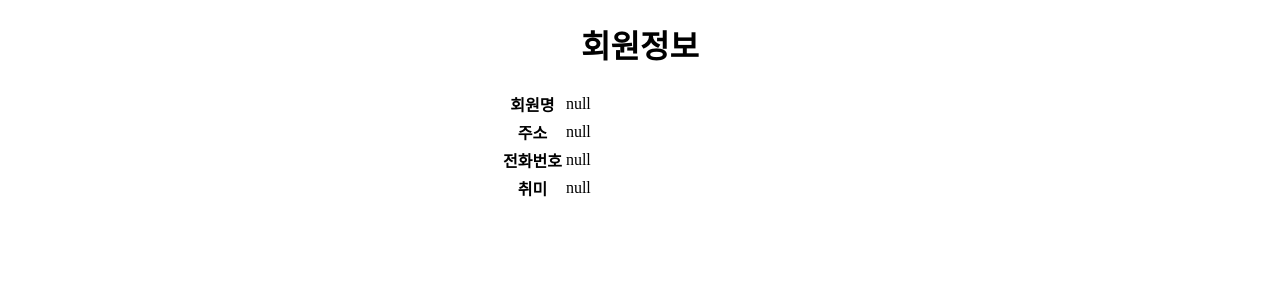
Repository: hyeri-seo/JSP
Page: http://localhost/Hello/memRegSuccess.jsp
An editor plug-in stored every save of this project. The page is shown before and after the next save, followed by the edit.
The browser window is 1280 px wide. The pictures show the whole page.
The page is served by Tomcat 9.

Above is the page before, as saved 2023-09-19 05:34:22.

After the next save:
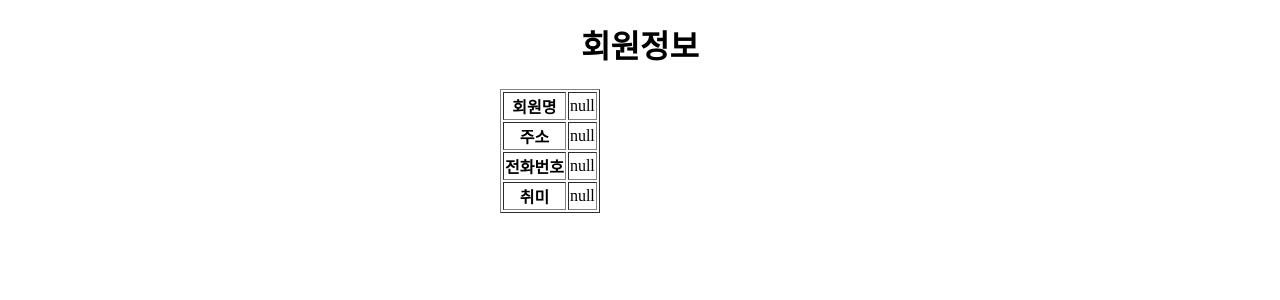
Saved 9 s later.
--- a/Hello/src/main/webapp/memRegSuccess.jsp
+++ b/Hello/src/main/webapp/memRegSuccess.jsp
@@ -17,7 +17,7 @@
 <body>
 <div>
 	<h1>회원정보</h1>
-	<table>
+	<table border="1">
 		<tr><th>회원명</th><td><%=request.getParameter("name") %></td></tr>
 		<tr><th>주소</th><td><%=request.getParameter("address") %></td></tr>
 		<tr><th>전화번호</th><td><%=request.getParameter("tel") %></td></tr>
